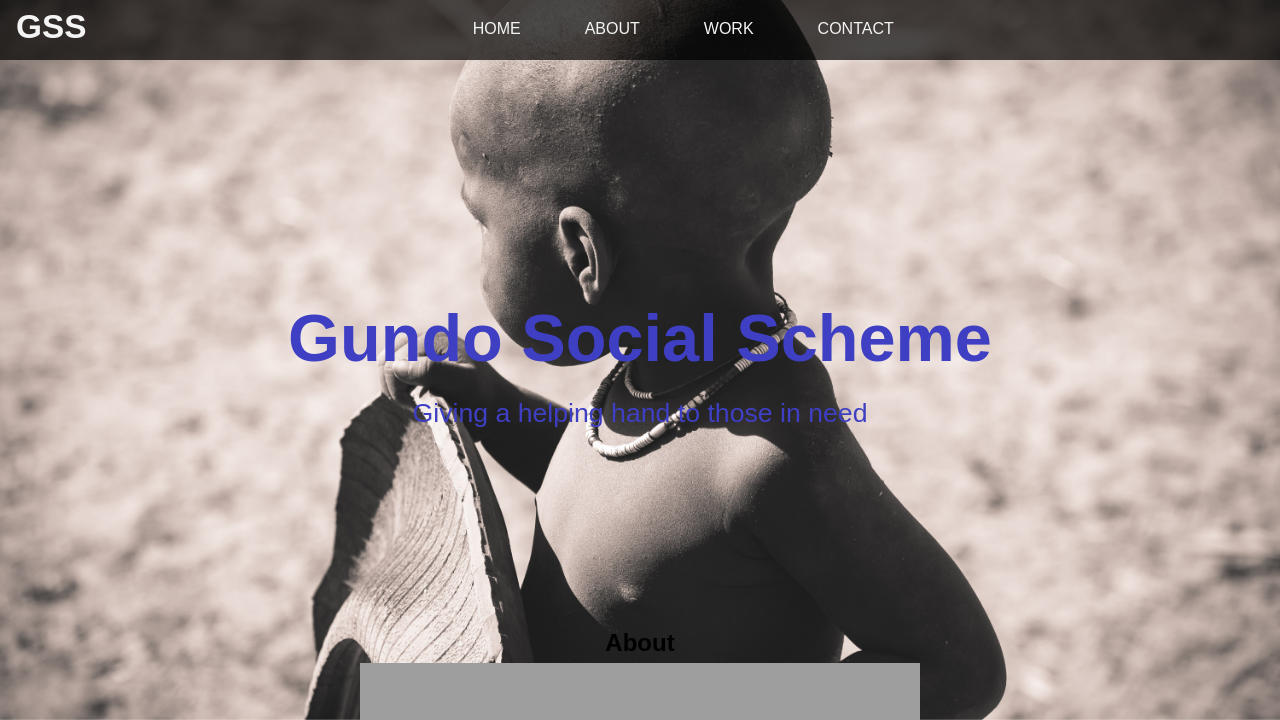
Repository: blessingNtoko/gss-basic_website
Page: index.html
The author's editor kept a copy of each file at every save. The page is drawn from the files as they stood at one save, then again after the next save.
The browser window is 1280 px wide. The pictures show the whole page.
Pictures or frames that could not be fetched are drawn as grey boxes. An inner scrolling area shows only its first screen.

Above is the page before, as saved 2020-05-13 00:03:52.

After the next save:
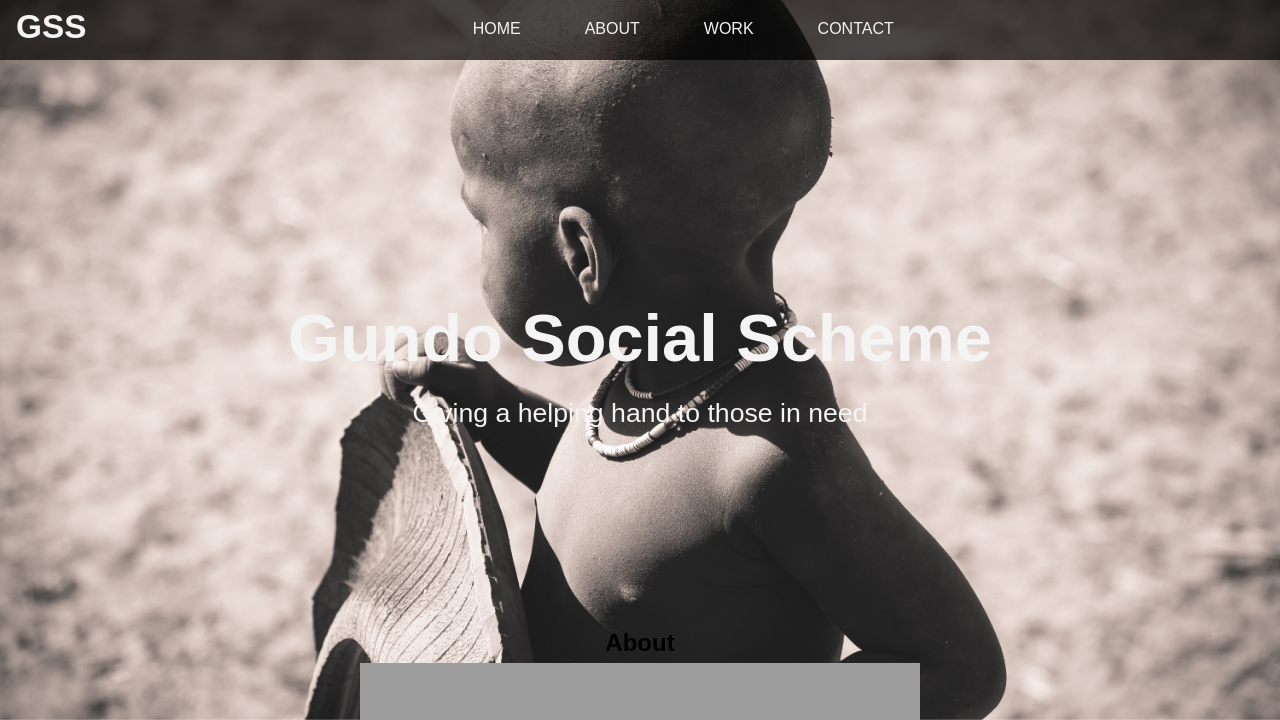
Saved 17 min 51 s later.
--- a/style.css
+++ b/style.css
@@ -84,7 +84,7 @@ section {
     background-repeat: no-repeat;
     background-size: cover;
     background-attachment: fixed;
-    color: rgb(63, 63, 196);
+    color: #f4f4f4;
 }
 
 #home h1 {
